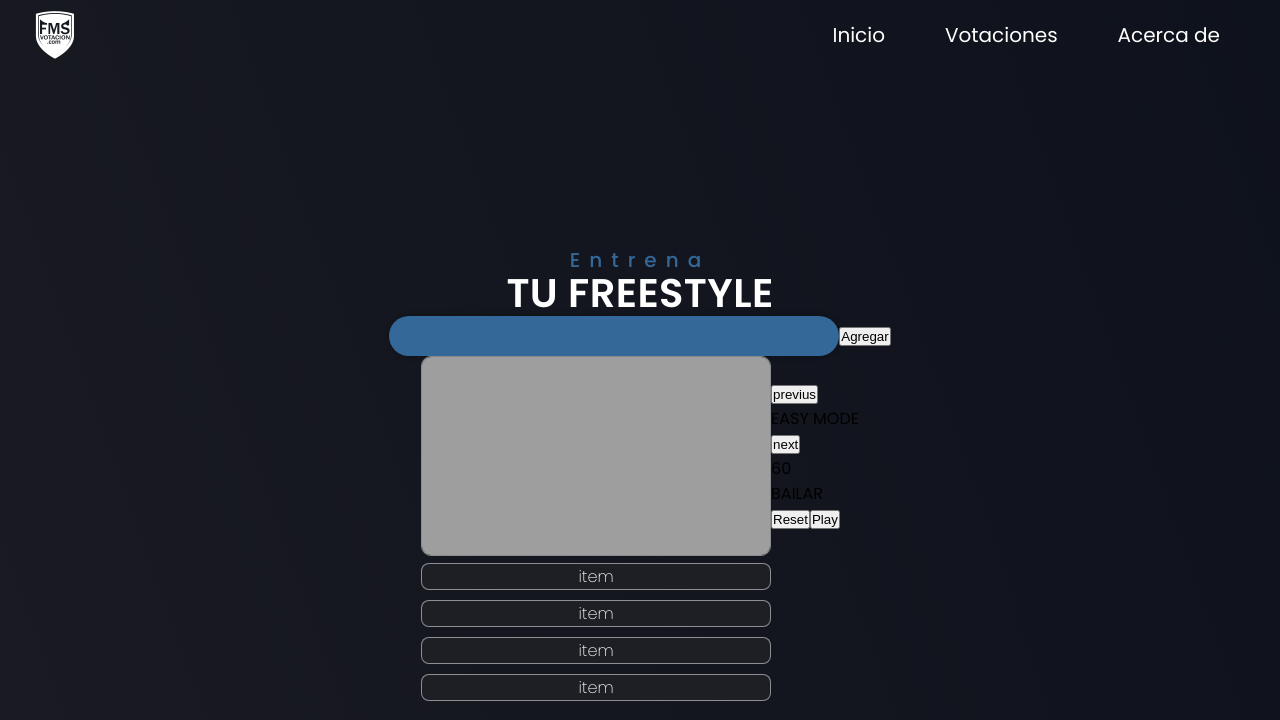
Repository: ezegonzalez912/fmsvotacion2
Page: /practice
The author's editor kept a copy of each file at every save. The page is drawn from the files as they stood at one save, then again after the next save.
The browser window is 1280 px wide. The pictures show the whole page.
Pictures or frames that could not be fetched are drawn as grey boxes. The page's requests for data from a server got no answer. The project was rebuilt for these pictures with package versions that can differ from the ones it lists, and the page was loaded fresh each time. No one was signed in, and anything a server would have sent is missing. Also part of the build but not shown: src/components/screens/AboutScreen.js, src/components/Error.js, src/components/Apoya.js, src/components/screens/MainScreen.js, src/components/Contexts/CompContext.js, src/helpers/valueCheck.js, src/helpers/valueCheck2.js, src/hooks/useVote.js and 42 more.

Above is the page before, as saved 2021-08-15 00:54:56.

### public/index.html
<!DOCTYPE html>
<html lang="en">
  <head>
    <meta charset="utf-8" />
    <link rel="icon" href="%PUBLIC_URL%/favicon.ico" />
    <meta name="viewport" content="width=device-width, initial-scale=1" />
    <meta name="theme-color" content="#000000" />
    <meta
      name="description"
      content="Vota batallas con formato FMS desde un solo lugar, de manera sencilla, sin la necesesidad de descargar nada.
              COMO VOTAR FMS ARGENTINA CHILE PERU MEXICO COLOMBIA INTERNACIONAL ESPAÑA BNET DESCARGAR COMO VOTAR FMS ONLINE WOS FINAL FMS INTERNACIONAL RED BULL DECIMALES
              2021 2018 FORMATO FMS"
    />
    <link rel="apple-touch-icon" href="%PUBLIC_URL%/logo192.png" />
    <!--
      manifest.json provides metadata used when your web app is installed on a
      user's mobile device or desktop. See https://developers.google.com/web/fundamentals/web-app-manifest/
    -->
    <link rel="manifest" href="%PUBLIC_URL%/manifest.json" />
    <link rel="preconnect" href="https://fonts.googleapis.com">
    <link rel="preconnect" href="https://fonts.gstatic.com" crossorigin>
    <link rel="stylesheet" href="https://cdnjs.cloudflare.com/ajax/libs/animate.css/4.1.1/animate.min.css" />
    <link href="https://fonts.googleapis.com/css2?family=Poppins:wght@100;200;300;400;500;600&display=swap" rel="stylesheet">
    <title>FMS Votación</title>
    <script data-ad-client="ca-pub-5177858250142548" async src="https://pagead2.googlesyndication.com/pagead/js/adsbygoogle.js"></script>
  </head>
  <body>
    <noscript>You need to enable JavaScript to run this app.</noscript>
    <div id="root"></div>
    <!--
      This HTML file is a template.
      If you open it directly in the browser, you will see an empty page.

      You can add webfonts, meta tags, or analytics to this file.
      The build step will place the bundled scripts into the <body> tag.

      To begin the development, run `npm start` or `yarn start`.
      To create a production bundle, use `npm run build` or `yarn build`.
    -->
  </body>
</html>

### src/styles/app.scss
@forward "./settings/main";
@forward "./components/menu";
@forward "./components/mode";
@forward  "./components/subtitles-mode";
@forward "./components/modal";
@forward "./components/navbar";
@forward "./components/screens";
@forward "./components/videoAndVote";
@forward "./components/searchVideo";
@forward "./components/error";
@forward "./components/votedSaveds";
@forward "./components/about";
@forward "./components/apoya";
@forward "./components/practice";
@forward "./settings/settings";

### src/styles/settings/_main.scss
@use "../settings/colors" as c;

body, html{
    background: c.$gradient-primary;
    margin: 0;
    height: auto;
    width: auto;
    box-sizing: border-box;
    font-family: 'Poppins', sans-serif;
}

*{
    margin: 0;
    padding: 0;
    box-sizing: border-box;
}

*::-webkit-scrollbar {
    width: 8px;     /* Tamaño del scroll en vertical */
    height: 8px;    /* Tamaño del scroll en horizontal */
}

*::-webkit-scrollbar-thumb {
    background: rgba(43, 42, 42, 0.267);
    border-radius: 4px;
    box-shadow: 0px 0px 6px rgba(0, 0, 0, 0.315);
}

*::-webkit-scrollbar-track {
    background: c.$dark-primary;
    box-shadow: 0px 0px 6px rgba(0, 0, 0, 0.158);
}

*{
    scroll-behavior: smooth;
}

@media (max-width:280px){
    body, html{
        background: c.$dark-primary;
    }
}

### src/styles/settings/_colors.scss
$primary: #346899;
$secundary: #244463;
// $dark-primary: #1a1a1b;
// $dark-secundary: #242425;
$border: rgba(255, 255, 255, 0.5);
//$gradient-primary: linear-gradient(250.3deg, rgb(24, 24, 24), #242425);
$gradient-primary: linear-gradient(250.3deg, #0E121C, #191A22);
$dark-primary: #16181f;
$dark-secundary: #1d1f25;

### src/styles/components/_menu.scss
@use "../settings/colors" as c;
@use "../settings/mixins" as m;

.menu__main{
    @include m.center(column);
    height: auto;
    min-height: 160px;
    color: white;
    z-index: 800;
    p{
        font-size: 12px;
    }
}

.menu__container{
    @include m.center(row);
    background: c.$dark-primary;
    border-radius: 7px;
    height: 160px;
    width: 735px;
    overflow: hidden;
    justify-content: space-between;
    border: 1px solid c.$border;
    z-index: 500;
}

.menu__mode{
    @include m.center(column);
    box-sizing: border-box;
    padding: 4px 7px;
    height: 100%;
    width: 100%;
    justify-content: space-between;
    box-sizing: border-box;
}

.menu__title{
    @include m.center(row);
    width: 100%;
    justify-content: space-between;
    height: 20px;
    p{
        font-size: 14px;
        font-weight: 400;
        margin: 0;
    }
    svg{
        font-size: 14px;
        cursor: pointer;
        &:hover{
            color:c.$primary;
        }
    }
}

.menu__vote{
    @include m.center(column);
    justify-content: center;
    gap: 5px;
    width: 100%;
    height: 100%;
}

.menu__sangre{
    padding: 0 0;
}

.menu__move{
    height: 100%;
    width: 30px;
    display: flex;
    justify-content: center;
    align-items: center;
    cursor: pointer;
    &:hover{
        background: c.$dark-secundary;
    }
}

.menu__show{
    @include m.center(column);
    height: 20px;
    width: 10%;
    text-align: center;
    cursor: pointer;
    transition: .2s;
    border-radius: 7px;
    &:hover{
        background: c.$dark-secundary;
    }
}

.menu__buttons{
    margin-top: 5px;
    z-index: 100;
    width: 735px;
    height: 30px;
    @include m.center(row);
    button{
        @include m.inputNormal;
        @include m.center(row);
        background: c.$dark-primary;
        color: white;
        border: 1px solid c.$border;
        margin: 0px 3px;
        height: 30px;
        padding: 0 10px;
        width: auto;
        &:hover{
            background: c.$dark-secundary;
        }
    }
    .menu__button-short{
        width: 35px;
    }
}

.menu__mode-resposive{
    opacity: 0;
}

.menu__title-icons{
    @include m.center(row);
    flex-direction: row-reverse;
}

.menu__title-icon-question{
    cursor: pointer;
    &:hover{
        color: c.$primary;
    }
}

.menu__title-icon-window{
    margin-left: 10px;
}

.menu__title-question{
    display: none;
    padding: 5px;
    position: relative;
    top: 30px;
    margin-right: 5px;
    background: c.$dark-secundary;
    border: 1px solid c.$border;
    border-radius: 10px 0 10px 10px;
    box-shadow: 0px 0px 6px rgba(0, 0, 0, 0.315);
    p{
        font-size: 12px;
        font-weight: 200;
        color: white;
    }
}

.menu__title-icon-question:hover ~ .menu__title-question{
    display: flex;
}

@media (max-width: 739px){
    .menu__title{

        svg{
            display: none;
        }
    }
    .menu__container{
        height: 145px;
    }
    .menu__buttons{

        width: 100%;
        button{
            width: 100%;
        }
    }
    .menu__show{
        display: none;
    }
    .menu__vote{
        justify-content: center;
        gap: 5px;
    }
}

### src/styles/settings/_mixins.scss
@use "../settings/colors" as c;

@mixin center($direction) {
    align-items: center;
    display: flex;
    flex-direction: $direction;
    justify-content: center;
}

@mixin input {
    border-style: none;
    outline: none;
    color: white;
    border-radius: 8px;
    font-size: 18px;
    font-weight: 600;
    text-align: center;
    width: 27px;
    height: 27px;
}

@mixin inputNormal {
    border-style: none;
    outline: none;
    cursor: pointer;
    border-radius: 8px;
    font-size: 14px;
    transition: .2s;
}

### src/styles/components/_mode.scss
@use "../settings/colors" as c;
@use "../settings/mixins" as m;

.mode__main{
    display: flex;
    justify-content: space-evenly;
    align-items: center;
    width: 100%;
    height: auto;
    box-sizing: border-box;
    p{
        width: 12%;
        margin: 0;
    }
}

.mode__name{
    @include m.inputNormal;
    cursor: text;
    padding: 3px 0;
    text-align: center;
    background-color: c.$dark-secundary;
    border: 1px solid c.$border;
    color: white;
    width: 17%;
    margin: 0;
    &:focus{
        border: 1px solid c.$primary;
    }
}

.mode__input{
    @include m.input;
    margin: 0 3px;
    background-color: c.$dark-secundary;
}

.mode__input2{
    @include m.input;
    margin: 0 3px 0 10px;
    background-color: c.$dark-secundary;
}

.mode__inputRes{
    @include m.center(column);
}

.mode__checkbox{
    height: 15px;
    margin: 3px 0 0 0;
    color: red;
}

.mode__total{
    @include m.input;
    background-color: c.$dark-secundary;
    color: white;
    margin-left: 10px;
    font-size: 13px;
    width: 35px;
}

.mode__res{
    @include m.center(row)
}

.mode__resultado{
    @include m.center(row);
    justify-content: space-evenly;
    width: 100%;
    p{
        margin: 0 0 5px 0;
    }
    div {
        @include m.center(column);
    }
}

.mode__resultado-subtitle{
    margin: 0;
    color: c.$primary;
    font-weight: 600;
    letter-spacing: .45px;
}

### src/styles/components/_subtitles-mode.scss
@mixin default($padding) {
    display:flex;
    justify-content: flex-end;
    width: 100%;
    text-align: right;
    padding-right: $padding;
    p{
        font-size: 10px;
        font-weight: 300;
        margin-top: 0;
        margin-bottom: 0;
    }
}

.subtitle_4{
    margin-left: 7px;
}
.subtitle_3{
    margin-left: 5px;
}
.subtitle_2{
    margin-left: 4px;
}

.menu__easy-subtitle{
    @include default(72px);
}

.menu__hard-subtitle{
    @include default(83px);
}

.menu__tematica-subtitle{
    @include default(104px);
}

.menu__random-subtitle{
    @include default(60px);
}

.menu__sangre-subtitle{
    @include default(82px);
}

.menu__deluxe-subtitle{
    @include default(22px);
}

### src/styles/components/_modal.scss
@use "../settings/colors" as c;
@use "../settings/mixins" as m;

.modal__main{
    display: none;
    top: 0;
    left: 0;
    position: fixed;
    height: 100%;
    width: 100%;
    background-color: rgba(16, 16, 22, 0.664);
    z-index: 999;
    text-align: center
}

.modal__main-open{
    @include m.center(column);
}

.modal__container{
    @include m.center(column);
    background-color: c.$dark-primary;
    border: 1px solid c.$border;
    border-radius: 8px;
    color: white;
    padding: 20px;
    width: 300px;
    p{
        margin: 0 10px 20px 10px;
    }
    label{
        font-size: 13px;
        display: flex;
        width: 100%;
        padding-left: 10px;
    }
}

@mixin button{
    @include m.inputNormal;
    padding: 8px;
    color: white;
    border: 1px solid c.$border;
    margin: 0 5px;
    background-color: c.$dark-secundary;
}

.modal__button{
    @include button;
    &:hover{
        background-color: c.$primary;
    }
}

.modal__input{
    @include m.inputNormal;
    border: 1px solid c.$border;
    background-color: c.$dark-primary;
    padding: 10px;
    color: white;
    width: 100%;
    margin-bottom: 10px;
    box-sizing: border-box;
    cursor: text;
    &:focus{
        border: 1px solid c.$primary;
    }
}

@media (max-width:300px){
    .modal__container{
        width: 95%;
    }
}

### src/styles/components/_navbar.scss
@use "../settings/colors" as c;
@use "../settings/mixins" as m;

.navBar__cotainer{
    @include m.center(row);
    position: absolute;
    top: 0;
    justify-content: space-between;
    box-sizing: border-box;
    padding: 10px 30px;
    height: 70px;
    width: 100%;
    min-width: 280px;
    box-sizing: border-box;
    z-index: 800;
    a{
        height: 100%;
        z-index: 900;
        img{
            z-index: 900;
            height: 100%;
        }
    }
    .navBar__text{
        a{
            font-size: 20px;
            text-decoration: none;
            color: white;
            padding: 5px 30px;
            transition: .2s;
            &:hover{
                color: c.$primary;
            }
        }
    }
}

.navBar__menu{
    display: none;
    justify-content: center;
    align-items: center;
    z-index: 500;
    height: 50px;
    width: 50px;
    border-radius: 50px;
    transition: .2s;
    &:hover{
      background: c.$primary;
    }
    svg{
        font-size: 35px;
        color: white;
        cursor: pointer;
    }
}

.navBar__menu-list{
    display: none;
    z-index: 400;
    background: c.$dark-secundary;
    box-shadow: 0px 0px 6px rgba(0, 0, 0, 0.315);
    position: absolute;
    top: 0;
    right: 0;
    flex-direction: column;
    box-sizing: border-box;
    width: 100%;
    justify-content: flex-start;
    align-items: center;
    padding-top: 70px;
    a{
        width: 100%;
        text-align: center;
        text-decoration: none;
        color: white;
        padding: 15px 0;
        border-bottom: 1px solid c.$dark-primary;
        transition: .2s;
        &:hover{
            background: c.$dark-primary;
        }
    }
}

@media (max-width:900px){
    .navBar__menu{
        display: flex;
    }
    .navBar__menu-list{
        display: flex;
    }
    .navBar__text{
        display: none;
    }
    .navBar__cotainer{
        padding: 10px 20px;
    }
}
@media (max-width:700px){
    .navBar__cotainer{
        padding: 10px 15px;
    }
}
@media (max-width:600px){
    .navBar__cotainer{
        padding: 10px 10px;
    }
}
@media (max-width:500px){
    .navBar__cotainer{
        padding: 10px 5px;
    }
}

### src/styles/components/_screens.scss
@use "../settings/colors" as c;
@use "../settings/mixins" as m;

.screen__main{
    box-sizing: border-box;
    min-height: 600px;
    min-width: 280px;
    height: 100vh;
    width: 100%;
}

.screen__vote{
    margin-top: 70px;
    width: 100%;
    display: flex;
    justify-content:center;
    align-items: center;
    height: 100vh;
    min-height: 400px;
    min-width: 280px;
}

.vote-window__screen{
    @include m.center(column);
    height: 100vh;
    width: 100%;
}

.about__screen{
    position: relative;
    width: 100%;
    min-height: 100vh;
    height: auto;
    min-width: 280px;
}

.vote-saved__screen{
    min-width: 280px;
    height: auto;
    width: 100%;
    padding-top: 100px;
    padding-bottom: 130px;
    box-sizing: border-box;
    min-height: 100vh;
    @include m.center(column);
    justify-content: flex-start;
    gap: 50px;
    position: relative;
}

.screen__practice{
    @include m.center(column);
    padding-top: 80px;
    height: 100vh;
    width: 100%;
}

### src/styles/components/_videoAndVote.scss
@use "../settings/colors" as c;
@use "../settings/mixins" as m;

.videoAndVote__main{
    width: 100%;
    height: 100vh;
    display: flex;
    flex-direction: column;
    justify-content: center;
    align-items: center;
    gap: 5px;
    padding: 5px;
}

.video-player{
    width: 100%;
    height: 100%;
    iframe{
        border-radius: 8px;
    }
}

@media (max-width: 738px){
    .videoAndVote__main{
        padding: 0;
    }
    .video-player{
        iframe{
            border-radius: 0;
        }
    }
    .vote-app__scroll{
        box-sizing: border-box;
        width: 100%;
        overflow-x: scroll;
        overflow-y: hidden;
        min-height: 195px;
        display: flex;
        align-items: flex-start;
        padding: 0 5px;
    }
}

### src/styles/components/_searchVideo.scss
@use "../settings/colors" as c;
@use "../settings/mixins" as m;

.searchVideo__main{
    position: relative;
    @include m.center(column);
    height: 100%;
}

.searchVideo__title{
    @include m.center(column);
    color: white;
    p{
        color: c.$primary;
        font-size: 20px;
        letter-spacing: 0.45em;
    }
    h2{
        letter-spacing: 0.010em;
        font-size: 40px;
        font-weight: 600;
        text-align: center;
        line-height: 110%;
        margin-bottom: 10px;
    }
}

.searchVideo__form{
    display: none;
    border-radius: 20px;
    z-index: 200;
    @include m.center(row);
    box-shadow: 0px 0px 6px rgba(0, 0, 0, 0.315);
    input{
        @include m.inputNormal;
        border-radius: 20px 0 0 20px;
        width: 450px;
        padding: 0 10px;
        height: 40px;
        color: c.$dark-secundary;
        cursor: text;
        background: c.$primary;
        &::placeholder{
            letter-spacing: 0.6px;
            color: c.$dark-secundary;
            font-size: 15px;
        }
    }
    button{
        @include m.inputNormal;
        @include m.center(row);
        background: c.$primary;
        border-left: 1px solid c.$dark-secundary;
        border-radius: 0 20px 20px 0;
        padding: 0 15px;
        height: 40px;
        color: c.$dark-secundary;
        &:hover{
            background: c.$secundary;
        }
    }
}

.searchVideo____ventana{
    @include m.center(row);
    cursor: pointer;
    color: c.$secundary;
    transition: .2s;
    p{
        margin-top: 5px;
        text-decoration: underline;
        font-size: 13px;
    }
    svg{
        font-size: 8px;
        margin-left: 2px;
    }
    &:hover{
        color: c.$primary;
    }
}

.curve{
    position: absolute;
    bottom: 0;
    z-index: 100;
    width: 100%;
    svg{
        path{
            fill: c.$primary;
        }
    }
}

@media (max-width:800px){
    .searchVideo__title{
        h2{
            font-size: 32px;
            line-height: 45px;
        }
        p{
            font-size: 17px;
        }
    }
    .searchVideo____ventana{
        display: none;
    }
}

@media (max-width:600px){
    .searchVideo__main{
        padding:0 30px;
    }
    .searchVideo__form{
        width: 100%;
        input{
            width: 100%;
        }
    }
}

@media (max-width:500px){
    .searchVideo__title{
        h2{
            font-size: 25px;
            line-height: 120%;
            margin-bottom: 5px;
        }
        p{
            font-size: 15px;
        }
    }
}
@media (max-width:400px){
    .searchVideo__title{
        h2{
            font-size: 20px;
            margin-bottom: 5px;
        }
        p{
            font-size: 13px;
        }
    }
    .searchVideo__main{
        padding: 0 15px;
    }
}
@media (max-width:300px){
    .searchVideo__main{
        padding:0 5px;
    }
    .searchVideo__title{
        h2{
            font-size: 17px;
            margin: 3px 0 15px 0;
        }
        p{
            font-size: 11px;
        }
    }
}

### src/styles/components/_error.scss
@use "../settings/colors" as c;
@use "../settings/mixins" as m;

.searchVideo__ventana{
    @include m.center(row);
    width: 100%;
}

.error__container{
    z-index: 900;
    @include m.center(row);
    position: absolute;
    width: 390px;
    padding: 5px 10px 10px 10px;
    top: 5vh;
    background: white;
    border-radius: 20px;
    box-shadow: 3px 3px 6px rgba(0, 0, 0, 0.315);
    svg{
        color: rgb(214, 97, 76);
        font-size: 60px;
        margin-right: 10px;
    }
    h2{
        color: c.$primary;
        font-size: 20px;
    }
    p{
        font-size: 14px;
    }
}

@media (max-width:800px){
    .error__container{
        width: 340px;
        padding: 5px 8px 8px 8px;
        svg{
            font-size: 60px;
            margin-right: 10px;
        }
        h2{
            font-size: 16px;
        }
        p{
            font-size: 12px;
        }
    }
}

@media (max-width:390px){
    .error__container{
        width: 90%;
        svg{
            font-size: 50px;
            margin-right: 5px;
        }
        h2{
            font-size: 14px;
        }
        p{
            font-size: 11.5px;
        }
    }
}

### src/styles/components/_about.scss
@use "../settings/colors" as c;
@use "../settings/mixins" as m;

.about__main{
    @include m.center(column);
    align-items: flex-start;
    width: 100%;
    height: 100%;
    padding: 100px;
    padding-bottom: 150px;
    box-sizing: border-box;
    h1{
        color: white;
    }
}

.about__title{
    margin-bottom: 10px;
    h2{
        letter-spacing: 0.010em;
        font-size: 40px;
        font-weight: 600;
        text-align: center;
        line-height: 90%;
        color: white;
    }
    p{
        color: c.$primary;
        font-size: 20px;
        letter-spacing: 0.45em;
        font-weight: 500;
    }
}

.about__info{
    color: white;
    margin-bottom: 20px;
    max-width: 800px;
    h1{
        font-size: 18px;
        font-weight: 500;
    }
    p{
        font-size: 14px;
        font-weight: 300;
        a{
            color: c.$primary;
            &hover{
                color: c.$secundary;
            }
        }
    }
}

@media (max-width:700px){
    .about__main{
        padding-right: 40px;
        padding-left: 40px;
    }
    .about__title{
        h2{
            font-size: 30px;
        }
        p{
            font-size: 17px;
        }
    }
    .about__info{
        h1{
            font-size: 15px;
        }
        p{
            font-size: 13px;
        }
    }
}

@media (max-width:500px){
    .about__main{
        padding-right: 15px;
        padding-left: 15px;
    }
    .about__title{
        h2{
            font-size: 28px;
        }
        p{
            font-size: 15px;
        }
    }
    .about__info{
        h1{
            font-size: 13px;
        }
        p{
            font-size: 11px;
        }
    }
}
@media (max-width:400px){
    .about__main{
        padding-right: 10px;
        padding-left: 10px;
    }
    .about__title{
        h2{
            font-size: 24px;
        }
    }
}

### src/styles/components/_apoya.scss
@use "../settings/colors" as c;
@use "../settings/mixins" as m;

.apoya__main{
    position: absolute;
    background-color: c.$dark-secundary;
    border: 1px solid c.$border;
    border-radius: 8px;
    width: 285px;
    padding: 5px;
    bottom: 10px;
    right: 10px;
    box-shadow: 1px 1px 6px rgba(0, 0, 0, 0.315);
    h1{
        font-size: 14px;
        font-weight: 500;
        color: c.$primary;
    }
    p{
        font-size: 13px;
        padding-right: 10px;
        font-weight: 300;
        color: c.$dark-primary;
        color: white;
        span{
            color: c.$primary;
            text-decoration: underline;
            cursor: pointer;
            &:hover{
                color: c.$secundary;
            }
        }
    }
    z-index: 900;
}

.apoya__title{
    @include m.center(row);
    justify-content: space-between;
    svg{
        cursor: pointer;
        color: white;
        font-size: 15px;
    }
}

### src/styles/components/_practice.scss
@use "../settings/colors" as c;
@use "../settings/mixins" as m;

.practice__main{
    @include m.center(row);
    flex-wrap: wrap;
}

.practice__select-video{
    width: 350px;
    height: 200px;
    iframe{
        width: 100%;
        height: 100%;
        border-radius: 10px;
        border: 1px solid c.$border;
    }
}

.practice__video-list{
    @include m.center(row);
    flex-wrap: wrap;
    gap: 10px;
    justify-content: space-between;
}

.video-list-item{
    background: c.$dark-secundary;
    border: 1px solid c.$border;
    border-radius: 8px;
    width: 100%;
    color: white;
    text-align: center;
    font-weight: 200;
}

### src/styles/settings/_settings.scss
@use "../settings/colors" as c;
@use "../settings/mixins" as m;

.opacity-0{
    opacity: 0;
}

.dsp-none{
    display: none;
}

.pd-0{
    padding: 0;
}

.cursor-p{
    cursor: pointer;
}

.color-primary{
    color: c.$primary;
}

.f-w800{
    font-weight: 800;
}

.title-ppl{
    letter-spacing: 0.010em;
    font-size: 40px;
    font-weight: 600;
    text-align: center;
    line-height: 90%;
    color: white;
}

.title-scy{
    text-align: center;
    color: c.$primary;
    font-size: 20px;
    letter-spacing: 0.45em;
    font-weight: 500;
}

.input-search{
    @include m.inputNormal;
    border-radius: 20px;
    width: 450px;
    padding: 0 10px;
    height: 40px;
    color: c.$dark-primary;
    cursor: text;
    background: c.$primary;
    box-shadow: 0px 0px 6px rgba(0, 0, 0, 0.315);
    margin-top: 5px;
    &::placeholder{
        letter-spacing: 0.6px;
        color: c.$dark-primary;
    }
}

@media (max-width:800px){
    .title-ppl{
        font-size: 30px
    }
    .title-scy{
        font-size: 15px;
    }
}

Loaded but not shown: src/components/screens/PracticeScreen.js (40 lines, source omitted); src/routers/AppRouter.js (33 lines, source omitted); src/components/NavBar.js (35 lines, source omitted); src/index.js (24 lines, source omitted); src/components/Contexts/StartContext.js (22 lines, source omitted); src/App.js (8 lines, source omitted); src/styles/components/_votedSaveds.scss (245 lines, source omitted)

After the next save:
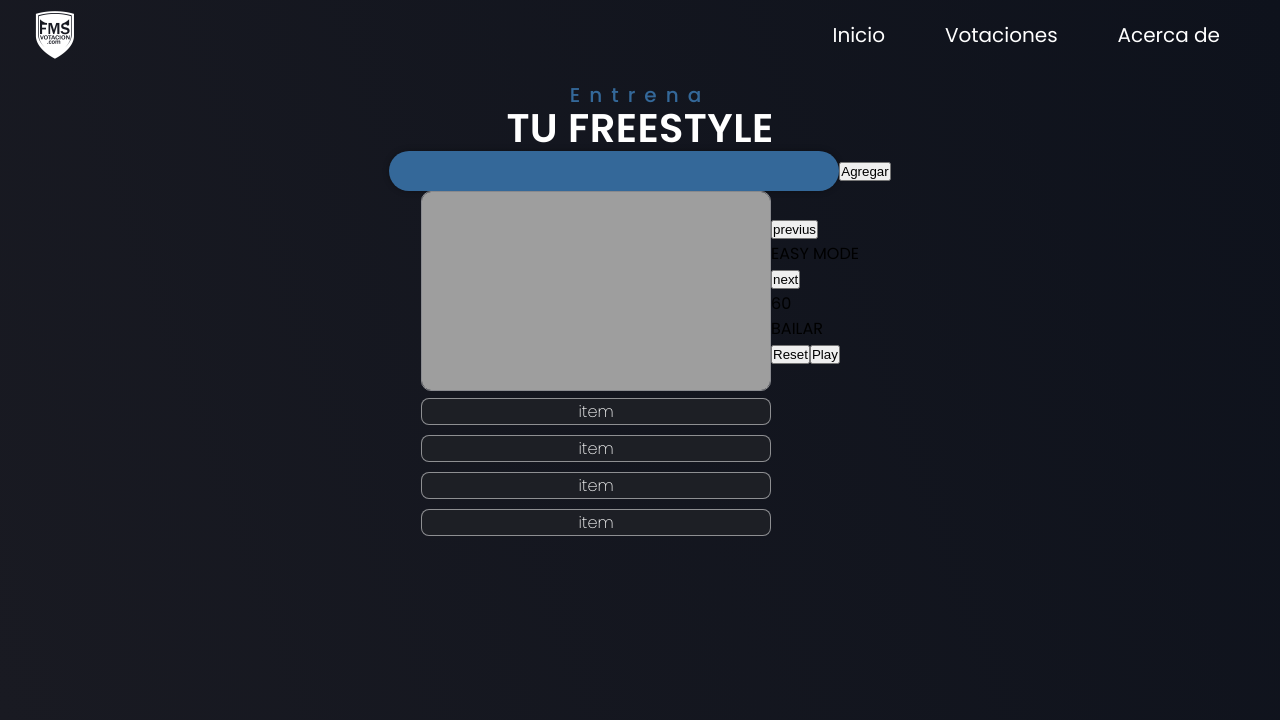
Saved 19 s later.
--- a/src/styles/components/_screens.scss
+++ b/src/styles/components/_screens.scss
@@ -50,6 +50,7 @@
 
 .screen__practice{
     @include m.center(column);
+    justify-content: flex-start;
     padding-top: 80px;
     height: 100vh;
     width: 100%;
